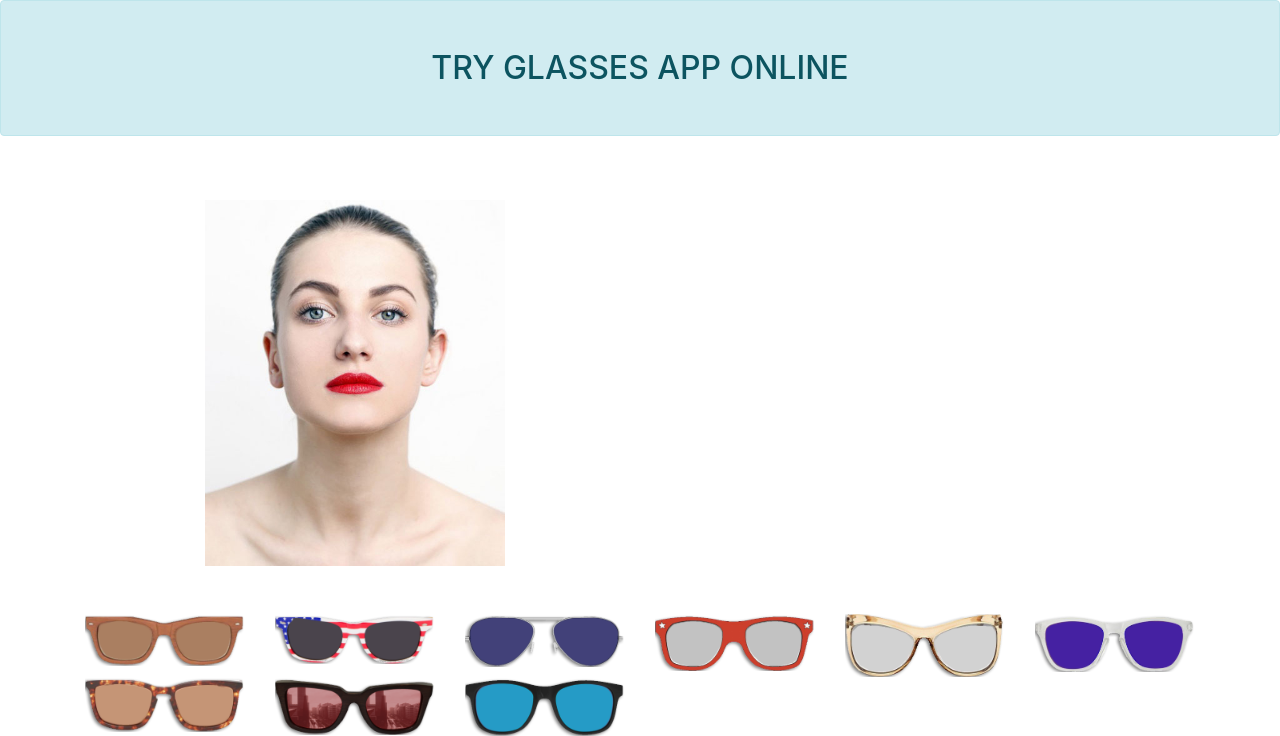
Repository: phongthanhh/ChoseGlass
Page: /
These files come from the project's save history. The page is drawn as it stood at one moment and after the next save; the edit follows.
The browser window is 1280 px wide. The pictures show the whole page.
The project was rebuilt for these pictures with package versions that can differ from the ones it lists, and the page was loaded fresh each time.

Above is the page before, as saved 2022-12-25 16:18:40.

### public/index.html
<!DOCTYPE html>
<html lang="en">
  <head>
    <meta charset="utf-8" />
    <link rel="icon" href="%PUBLIC_URL%/favicon.ico" />
    <meta name="viewport" content="width=device-width, initial-scale=1" />
    <meta name="theme-color" content="#000000" />
    <meta
      name="description"
      content="Web site created using create-react-app"
    />

      <!-- Bootstrap CSS -->
      <link rel="stylesheet" href="https://stackpath.bootstrapcdn.com/bootstrap/4.3.1/css/bootstrap.min.css" integrity="sha384-ggOyR0iXCbMQv3Xipma34MD+dH/1fQ784/j6cY/iJTQUOhcWr7x9JvoRxT2MZw1T" crossorigin="anonymous">
    <link rel="apple-touch-icon" href="%PUBLIC_URL%/logo192.png" />
    <!--
      manifest.json provides metadata used when your web app is installed on a
      user's mobile device or desktop. See https://developers.google.com/web/fundamentals/web-app-manifest/
    -->
    <link rel="manifest" href="%PUBLIC_URL%/manifest.json" />
    <!--
      Notice the use of %PUBLIC_URL% in the tags above.
      It will be replaced with the URL of the `public` folder during the build.
      Only files inside the `public` folder can be referenced from the HTML.

      Unlike "/favicon.ico" or "favicon.ico", "%PUBLIC_URL%/favicon.ico" will
      work correctly both with client-side routing and a non-root public URL.
      Learn how to configure a non-root public URL by running `npm run build`.
    -->
    <title>React App</title>
  </head>
  <body>
    <noscript>You need to enable JavaScript to run this app.</noscript>
    <div id="root"></div>
    <!--
      This HTML file is a template.
      If you open it directly in the browser, you will see an empty page.

      You can add webfonts, meta tags, or analytics to this file.
      The build step will place the bundled scripts into the <body> tag.

      To begin the development, run `npm start` or `yarn start`.
      To create a production bundle, use `npm run build` or `yarn build`.
    -->

     <!-- Optional JavaScript -->
    <!-- jQuery first, then Popper.js, then Bootstrap JS -->
    <script src="https://code.jquery.com/jquery-3.3.1.slim.min.js" integrity="sha384-q8i/X+965DzO0rT7abK41JStQIAqVgRVzpbzo5smXKp4YfRvH+8abtTE1Pi6jizo" crossorigin="anonymous"></script>
    <script src="https://cdnjs.cloudflare.com/ajax/libs/popper.js/1.14.7/umd/popper.min.js" integrity="sha384-UO2eT0CpHqdSJQ6hJty5KVphtPhzWj9WO1clHTMGa3JDZwrnQq4sF86dIHNDz0W1" crossorigin="anonymous"></script>
    <script src="https://stackpath.bootstrapcdn.com/bootstrap/4.3.1/js/bootstrap.min.js" integrity="sha384-JjSmVgyd0p3pXB1rRibZUAYoIIy6OrQ6VrjIEaFf/nJGzIxFDsf4x0xIM+B07jRM" crossorigin="anonymous"></script>
  </body>
</html>

### src/App.js
import logo from './logo.svg';
import './App.css';
import BTGlass from './ChoseGlass/BTGlass';




function App() {
  return (
    <div className="App">
      <BTGlass />
    </div>
  );
}

export default App;

### src/ChoseGlass/BTGlass.jsx
import React, { Component } from 'react';
import GlassList from './GlassList';

class BTGlass extends Component {

    listGlass = [
        {
            "id": 1,
            "price": 30,
            "name": "GUCCI G8850U",
            "url": "./img/v1.png",
            "desc": "Light pink square lenses define these sunglasses, ending with amother of pearl effect tip. "
        },
        {
            "id": 2,
            "price": 50,
            "name": "GUCCI G8759H",
            "url": "./img/v2.png",
            "desc": "Light pink square lenses define these sunglasses, ending with amother of pearl effect tip. "
        },
        {
            "id": 3,
            "price": 30,
            "name": "DIOR D6700HQ",
            "url": "./img/v3.png",
            "desc": "Light pink square lenses define these sunglasses, ending with amother of pearl effect tip. "
        },
        {
            "id": 4,
            "price": 70,
            "name": "DIOR D6005U",
            "url": "./img/v4.png",
            "desc": "Light pink square lenses define these sunglasses, ending with amother of pearl effect tip. "
        },
        {
            "id": 5,
            "price": 40,
            "name": "PRADA P8750",
            "url": "./img/v5.png",
            "desc": "Light pink square lenses define these sunglasses, ending with amother of pearl effect tip. "
        },
        {
            "id": 6,
            "price": 60,
            "name": "PRADA P9700",
            "url": "./img/v6.png",
            "desc": "Light pink square lenses define these sunglasses, ending with amother of pearl effect tip. "
        },
        {
            "id": 7,
            "price": 80,
            "name": "FENDI F8750",
            "url": "./img/v7.png",
            "desc": "Light pink square lenses define these sunglasses, ending with amother of pearl effect tip. "
        },
        {
            "id": 8,
            "price": 100,
            "name": "FENDI F8500",
            "url": "./img/v8.png",
            "desc": "Light pink square lenses define these sunglasses, ending with amother of pearl effect tip. "
        },
        {
            "id": 9,
            "price": 60,
            "name": "FENDI F4300",
            "url": "./img/v9.png",
            "desc": "Light pink square lenses define these sunglasses, ending with amother of pearl effect tip. "
        }
    ]

    state = {
        "id": 1,
        "price": 30,
        "name": "GUCCI G8850U",
        "url": "./img/v1.png",
        "desc": "Light pink square lenses define these sunglasses, ending with amother of pearl effect tip. "
    }

    render() {
        return (
            <div>
                <section className='main'>
                    <h2 className='alert alert-info py-5'>TRY GLASSES APP ONLINE</h2>
                    <div className="item container">
                        <div className="row py-5">
                            <div className="col-6">
                                <img style={{ width: '300px' }} src="./img/model.jpg" alt="" />
                            </div>
                        </div>
                        <GlassList listGlass={this.listGlass} />
                    </div>
                </section>
            </div>
        );
    }
}

export default BTGlass;

### src/ChoseGlass/GlassList.jsx
import React, { Component } from 'react'

export default class GlassList extends Component {


    renderListGlass = () => {
        return this.props.listGlass.map(glass => {
            return (
                <div className="col-2">
                    <img style={{ width: '100%' }} src={glass.url} alt="" />
                </div>
            )
        })
    }

    render() {
        return (
            <div className="row">
                {this.renderListGlass()}
            </div>
        )
    }
}

Loaded but not shown: src/index.js (common file); src/index.css (common file); src/reportWebVitals.js (common file); src/App.css (common file)

After the next save:
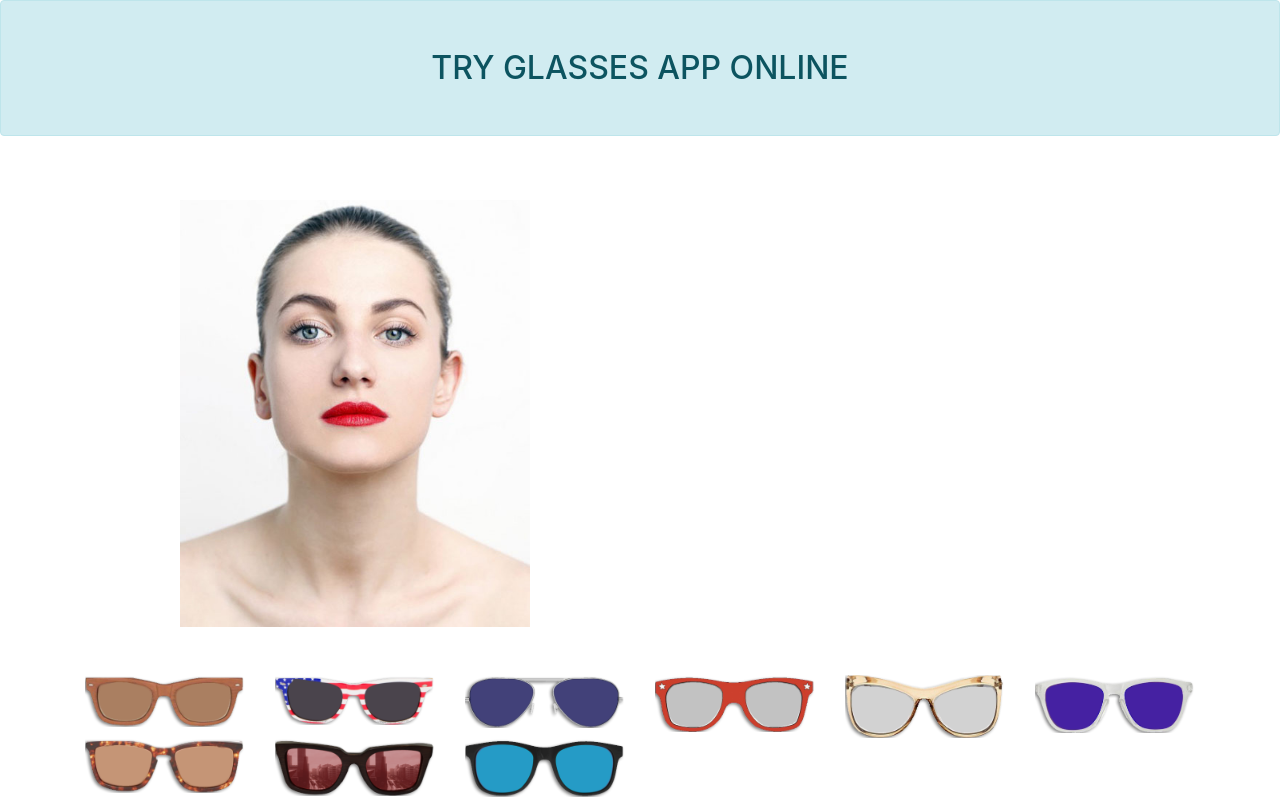
Saved 16 s later.
--- a/src/ChoseGlass/BTGlass.jsx
+++ b/src/ChoseGlass/BTGlass.jsx
@@ -85,7 +85,7 @@
                     <div className="item container">
                         <div className="row py-5">
                             <div className="col-6">
-                                <img style={{ width: '300px' }} src="./img/model.jpg" alt="" />
+                                <img style={{ width: '350px' }} src="./img/model.jpg" alt="" />
                             </div>
                         </div>
                         <GlassList listGlass={this.listGlass} />
